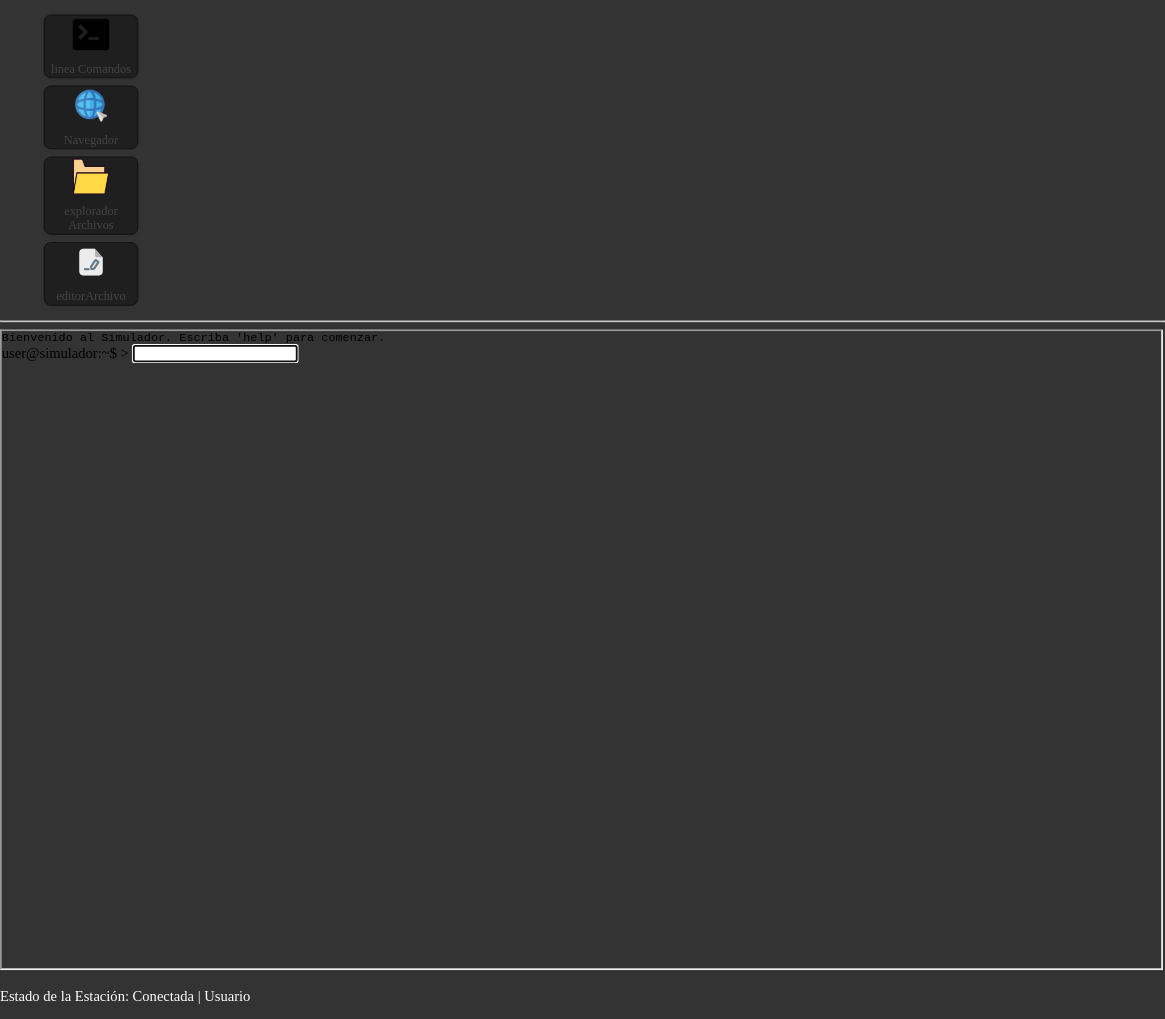
Repository: ValdezGalia/ProgramacionWebUcab
Page: lan-01.html
The author's editor kept a copy of each file at every save. The page is drawn from the files as they stood at one save, then again after the next save.
The browser window is 1280 px wide. The pictures show the whole page, at 91% of full size.

Above is the page before, as saved 2025-11-13 16:39:59.

After the next save:
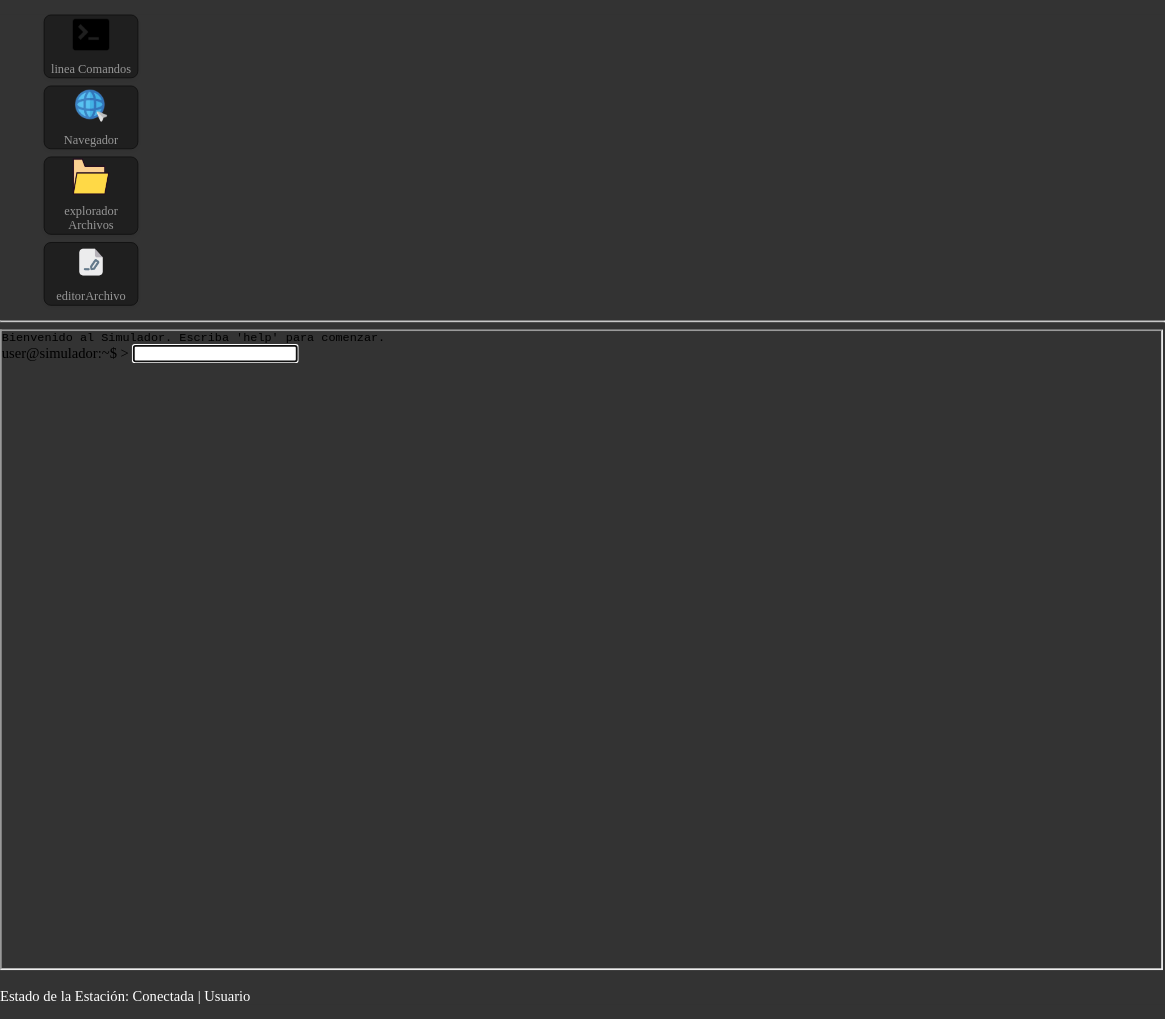
Saved 62 s later.
--- a/style/lan-01.css
+++ b/style/lan-01.css
@@ -43,7 +43,7 @@ nav ul li a span {
     font-size: 0.85em; /* Fuente pequeña para la etiqueta */
     font-weight: 500;
     margin-top: 5px;
-    color: #444444; /* Asegura el color del texto */
+    color: #979797; /* Asegura el color del texto */
 }
 
 /* Interacción: Estado Hover (Al pasar el ratón) */
